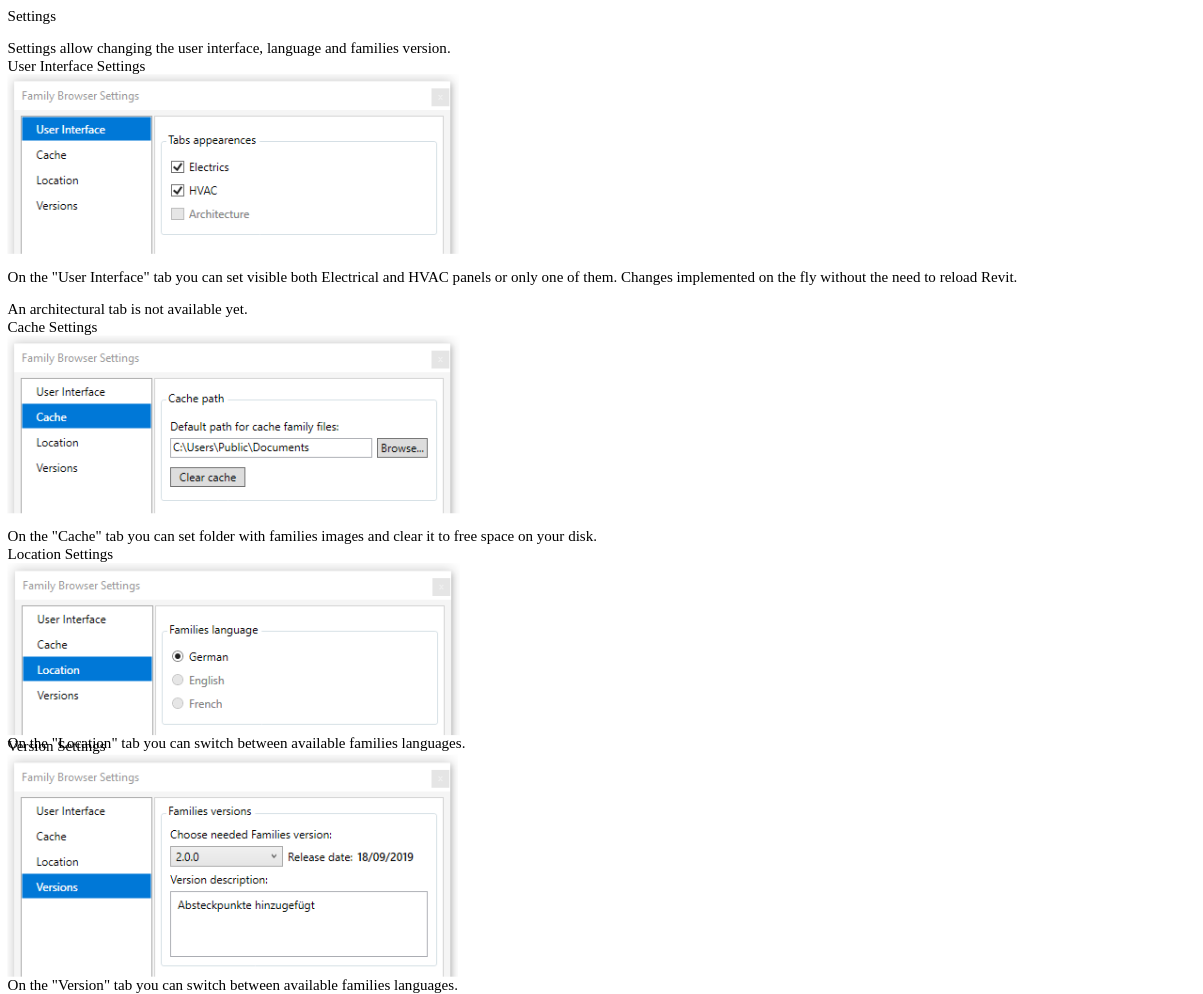
Repository: RomanLavrov/FamilyBrowserUserGuide
Page: http://localhost/FamilyBrowser/application/views/en/settings_view.php
An editor plug-in stored every save of this project. The page is shown before and after the next save, followed by the edit.
The browser window is 1280 px wide. The pictures show the whole page, at 94% of full size.
The page is run by PHP 8.4 with error messages shown; the project is at /var/www/html/.

Above is the page before, as saved 2019-10-23 16:05:57.

### FamilyBrowser/application/views/en/settings_view.php
<div class="article-header">Settings</div>
<div class="article-content" style="margin-bottom:-15px;">
      <p>
            Settings allow changing the user interface, language and families version.
      </p>
</div>

<div class="article-header">User Interface Settings</div>
<div class="article-content" style="margin-bottom:-15px;">
      <div class="row">
            <div class="col-md-5" style="min-width:480px">
                  <img style="margin-left:0" class="illustration" src="/FamilyBrowser/images/Tab_Settings_en.png" alt="" />
            </div>

            <div class="col-md-5">
                  <p>On the "User Interface" tab you can set visible both Electrical and HVAC panels or only one of them.
                        Changes implemented on the fly without the need to reload Revit. </p>
                  <p>An architectural tab is not available yet.</p>
            </div>
      </div>
</div>

<div class="article-header">Cache Settings</div>
<div class="article-content" style="margin-bottom:-15px;">
      <div class="row">
            <div class="col-md-5" style="min-width:480px">
                  <img style="margin-left:0" class="illustration" src="/FamilyBrowser/images/Tab_Cache_en.png" alt="" />
            </div>
            <div class="col-md-5">
                  <p>
                        On the "Cache" tab you can set folder with families images and clear it to free space on your disk.
                  </p>
            </div>
      </div>
</div>

<div class="article-header">Location Settings</div>
<div class="article-content" style="margin-bottom:-15px;">
      <div class="row">
            <div class="col-md-5" style="min-width:480px">
                  <img style="margin-left:0" class="illustration" src="/FamilyBrowser/images/Tab_Language_en.png" alt="" />
            </div>
            <div class="col-md-5">
                  On the "Location" tab you can switch between available families languages.
            </div>
      </div>
</div>

<div class="article-header">Version Settings</div>
<div class="article-content" style="margin-bottom:-15px;">
      <div class="row">
            <div class="col-md-5" style="min-width:480px">
                  <img style="margin-left:0" class="illustration" src="/FamilyBrowser/images/Tab_Version_en.png" alt="" />
            </div>
            <div class="col-md-5">
                  On the "Version" tab you can switch between available families languages.
            </div>
      </div>
</div>

After the next save:
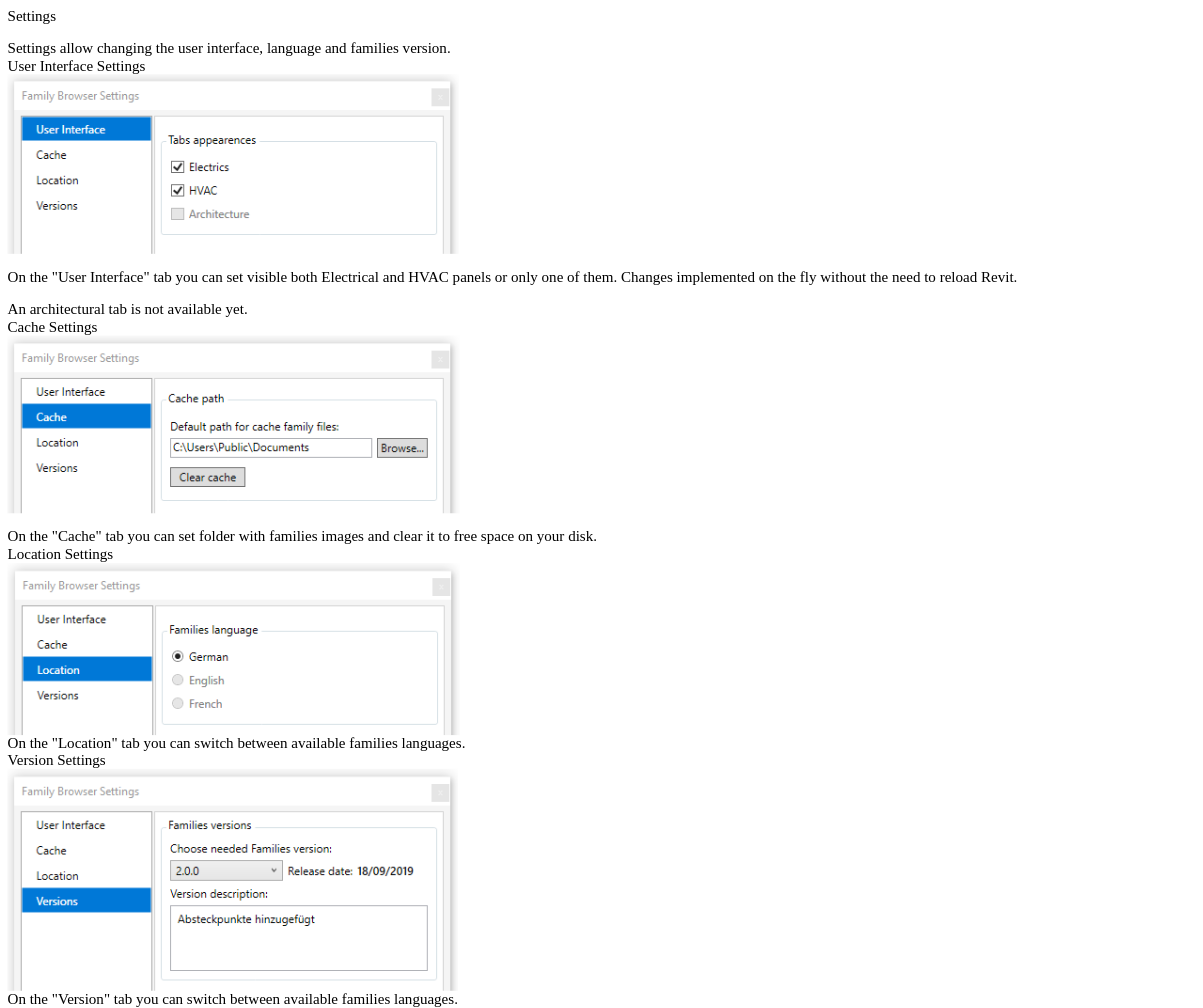
Saved 5 s later.
--- a/FamilyBrowser/application/views/en/settings_view.php
+++ b/FamilyBrowser/application/views/en/settings_view.php
@@ -35,7 +35,7 @@
 </div>
 
 <div class="article-header">Location Settings</div>
-<div class="article-content" style="margin-bottom:-15px;">
+<div class="article-content" >
       <div class="row">
             <div class="col-md-5" style="min-width:480px">
                   <img style="margin-left:0" class="illustration" src="/FamilyBrowser/images/Tab_Language_en.png" alt="" />
